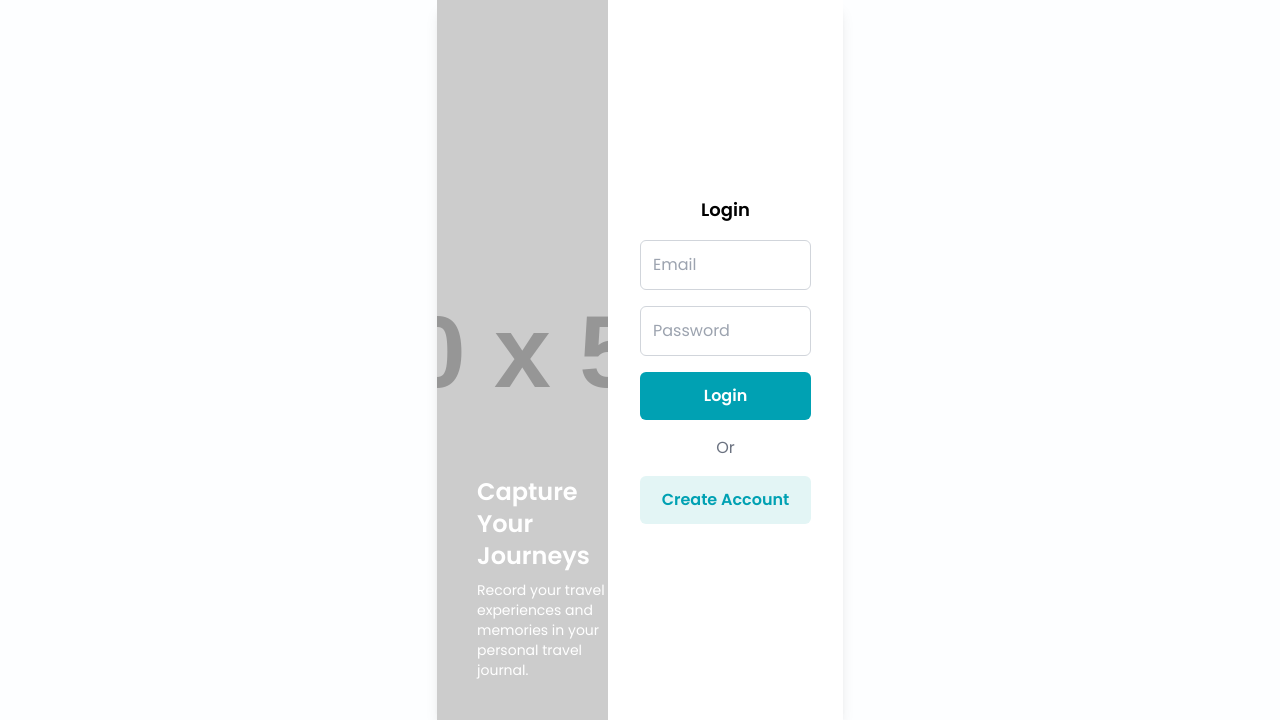
Repository: devi1262005/MERN-blogsite
Page: / (app in frontend/blog-app/)
An editor plug-in stored every save of this project. The page is shown before and after a run of saves, followed by the edit.
The browser window is 1280 px wide. The pictures show the whole page.
The project was rebuilt for these pictures with package versions that can differ from the ones it lists, and the page was loaded fresh each time. Also part of the build but not shown: frontend/blog-app/vite.config.js, frontend/blog-app/src/pages/auth/SignUp.jsx, frontend/blog-app/src/pages/home/Home.jsx.

Above is the page before, as saved 2024-11-17 13:01:23.

After the next 2 saves:
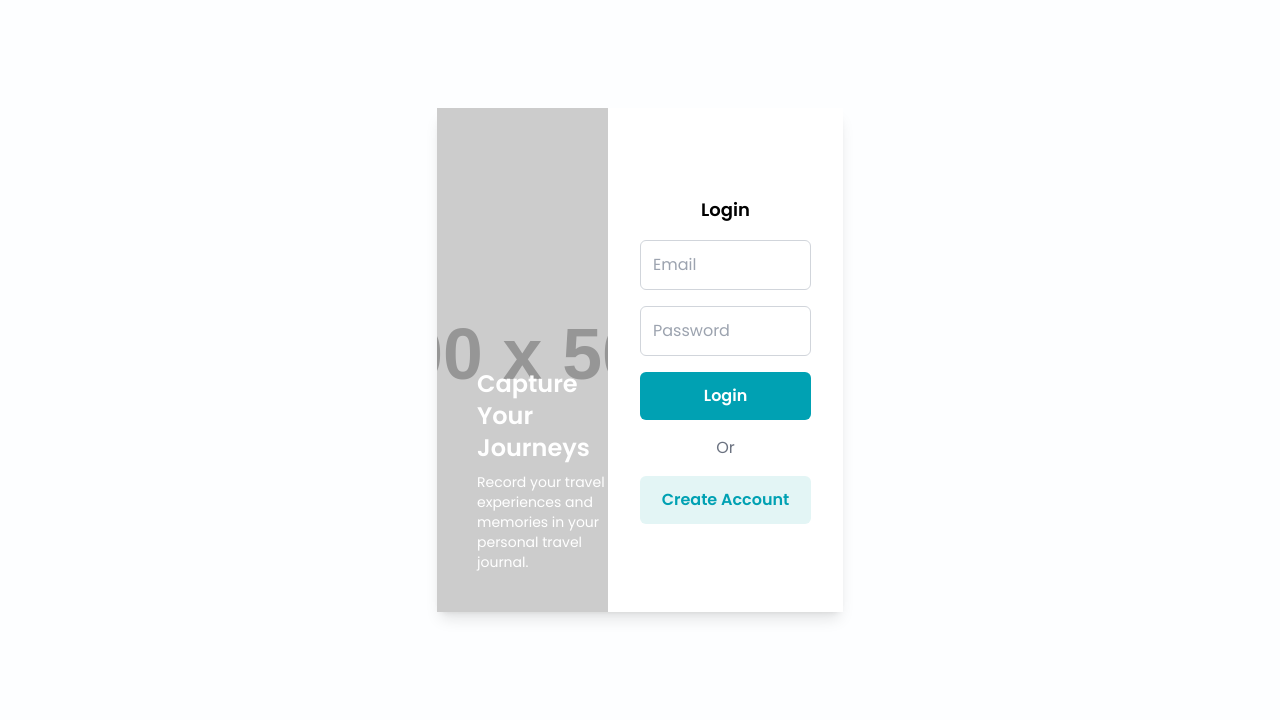
The 2 saves are shown as one change because they came seconds apart.
The last was saved 13 s later.
--- a/frontend/blog-app/src/index.css
+++ b/frontend/blog-app/src/index.css
@@ -16,12 +16,13 @@
 
 @layer components {
   .page-container {
-    @apply flex justify-center items-center w-full h-screen;
+    @apply flex justify-center items-center w-full min-h-screen;
   }
 
   .card {
-    @apply flex flex-col md:flex-row bg-white rounded-lg shadow-lg w-full max-w-4xl h-full;
+    @apply flex flex-col md:flex-row bg-white rounded-lg shadow-lg w-full max-w-6xl;
     margin: 16px; /* Added margin for spacing */
+    min-height: 70vh; /* Ensure the card has a minimum height */
   }
 
   .left-section {
